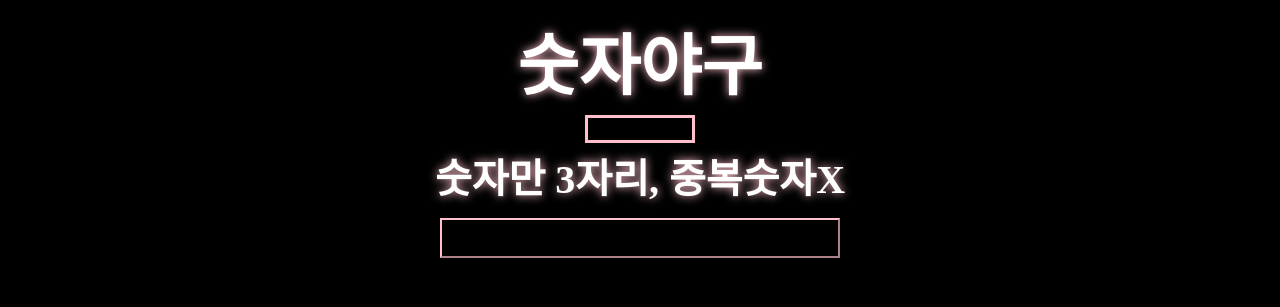
Repository: kmw7691/Soldesk
Page: http://localhost/NOV15_11_NB/HomeController
An editor plug-in stored every save of this project. The page is shown before and after the next save, followed by the edit.
The browser window is 1280 px wide. The pictures show the whole page.
Some web fonts or font styles are not loaded; a fallback is used. The page is served by Tomcat 9.

Above is the page before, as saved 2023-11-16 00:31:25.

After the next save:
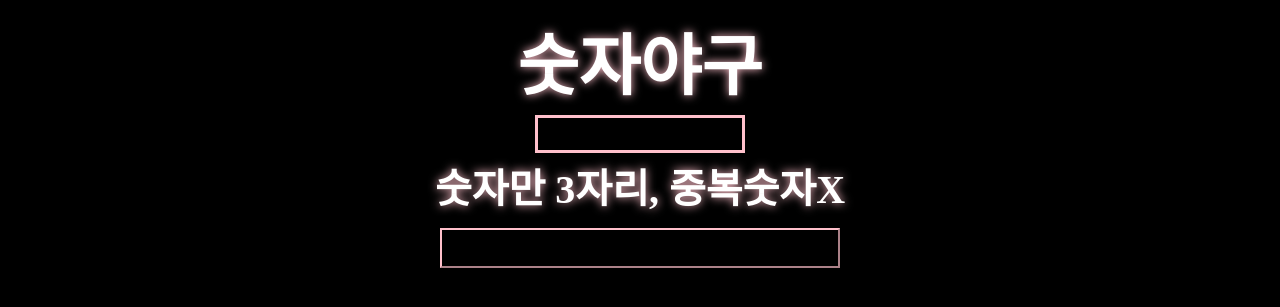
Saved 22 s later.
--- a/NOV15_11_NB/src/main/webapp/css/nb.css
+++ b/NOV15_11_NB/src/main/webapp/css/nb.css
@@ -38,8 +38,8 @@ body{
 }
 
 #nbTbl #ip{
-	width:100px;
-	height:20px;
+	width:200px;
+	height:30px;
 	outline:none;
 	background-color: transparent;
 	border: pink solid 3px;
